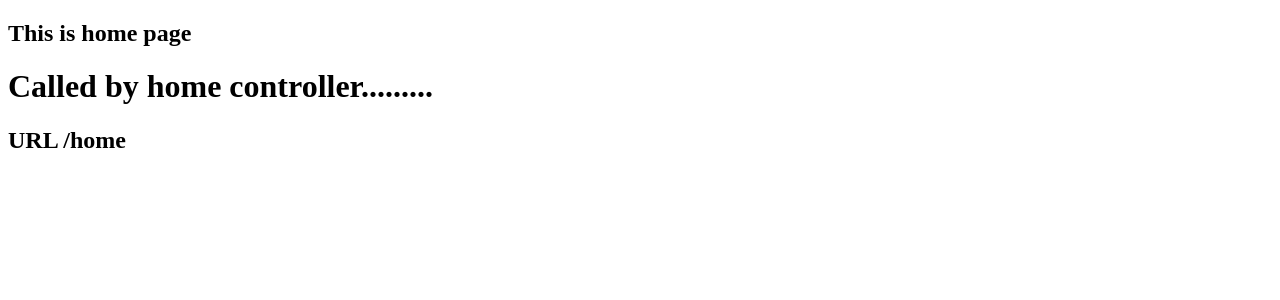
Repository: Rana-Ankita/DemoSpringProjects
Page: http://localhost/springMVC/home
The author's editor kept a copy of each file at every save. The page is drawn from the files as they stood at one save, then again after the next save.
The browser window is 1280 px wide. The pictures show the whole page.
The page is served by Tomcat 9.

Above is the page before, as saved 2024-01-02 12:39:25.

After the next save:
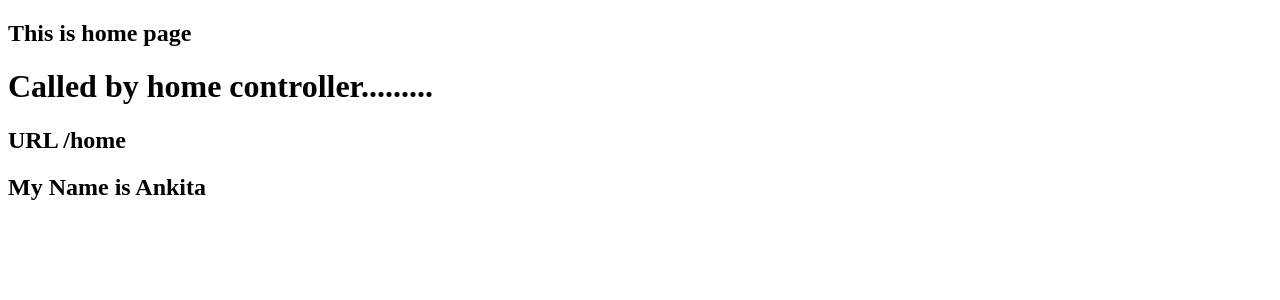
Saved 51 s later.
--- a/springMVC/springMVC/src/main/webapp/WEB-INF/views/index.jsp
+++ b/springMVC/springMVC/src/main/webapp/WEB-INF/views/index.jsp
@@ -6,5 +6,6 @@ pageEncoding="ISO-8859-1"%>
 <h2>This is home page</h2>
 <h1>Called by home controller.........</h1>
 <h2>URL /home</h2>
+<h2>My Name is Ankita</h2>
 </body>
 </html>
